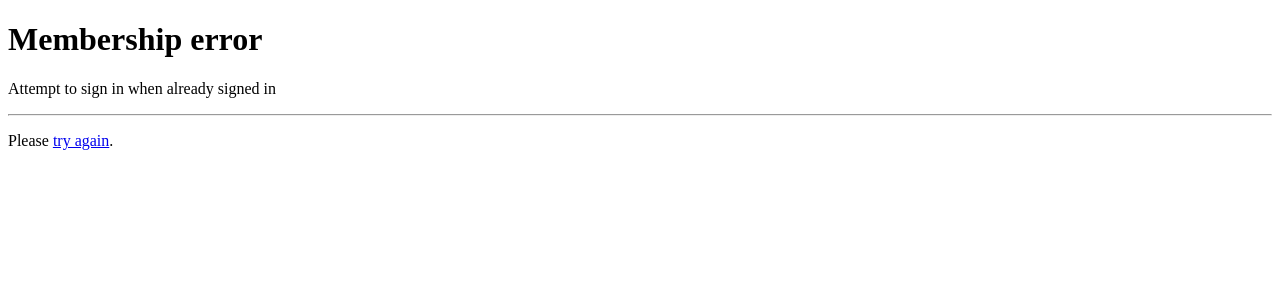
Repository: hsunami21/JavaEE
Page: http://localhost/WendallHsuClubMembershipWeb/error.jsp
An editor plug-in stored every save of this project. The page is shown before and after the next save, followed by the edit.
The browser window is 1280 px wide. The pictures show the whole page.
The page is served by Tomcat 9.

Above is the page before, as saved 2015-11-11 16:31:26.

After the next save:
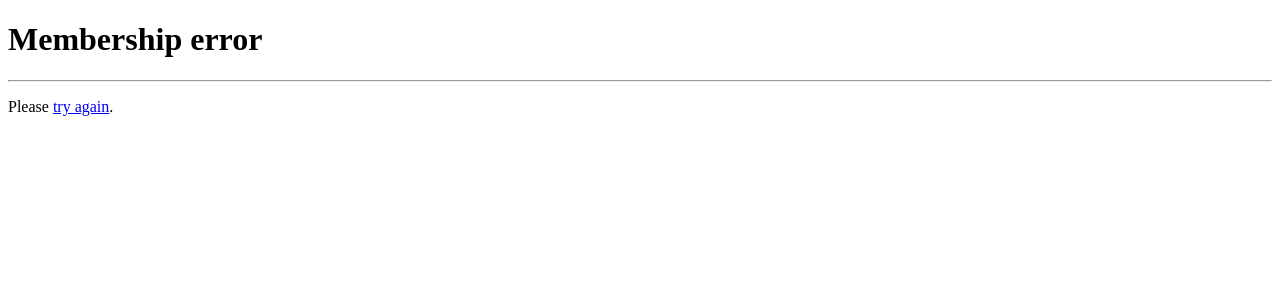
Saved 9 s later.
--- a/WendallHsuClubMembershipWeb/WebContent/error.jsp
+++ b/WendallHsuClubMembershipWeb/WebContent/error.jsp
@@ -8,7 +8,7 @@
 </head>
 <body>
 <h1>Membership error</h1>
-<p>Attempt to sign in when already signed in</p>
+<p>${requestScope.message}</p>
 <hr>
 <p>Please <a href="index.jsp">try again</a>.
 </body>
